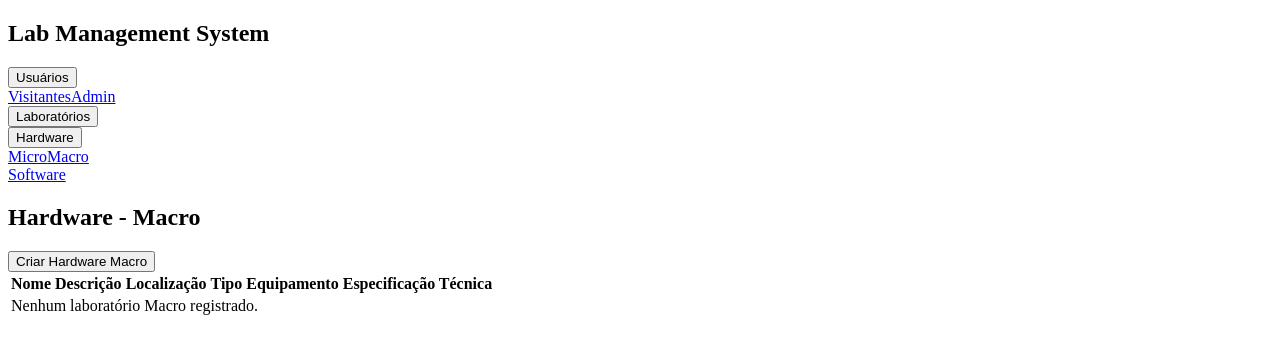
Repository: fabianosevla/gestao-labs
Page: /labs/hardware/macro (app in lab-management-system/)
An editor plug-in stored every save of this project. The page is shown before and after the next save, followed by the edit.
The browser window is 1280 px wide. The pictures show the whole page.
The project was rebuilt for these pictures with package versions that can differ from the ones it lists, and the page was loaded fresh each time. The framework's server and built-in components were replaced by stand-ins that run in the browser. Also part of the build but not shown: lab-management-system/next.config.mjs.

Above is the page before, as saved 2025-04-28 18:13:58.

### lab-management-system/app/layout.js
import Navbar from "../components/Navbar";

export default function RootLayout({ children }) {
  const showNavbar = !["/login"].includes(children.props.childPropSegment);

  return (
    <html lang="en">
      <body className="bg-gray-100 font-sans">
        {showNavbar && <Navbar />}
        <div className="max-w-7xl mx-auto py-8 px-4">{children}</div>
      </body>
    </html>
  );
}

### lab-management-system/app/labs/hardware/macro/page.js
"use client";

import { useState } from "react";

export default function Macro() {
    const [macroLabs, setMacroLabs] = useState([]);
    const [showForm, setShowForm] = useState(false);
    const [formData, setFormData] = useState({
        nome: "",
        descricao: "",
        localizacao: "",
        capacidade: "",
        equipamentos: "",
        tipoEquipamento: "",
        especificacaoTecnica: "",
    });

    const handleChange = (e) => {
        setFormData({ ...formData, [e.target.name]: e.target.value });
    };

    const handleSubmit = () => {
        setMacroLabs([...macroLabs, formData]);
        setShowForm(false);
        setFormData({
            nome: "",
            descricao: "",
            localizacao: "",
            capacidade: "",
            equipamentos: "",
            tipoEquipamento: "",
            especificacaoTecnica: "",
        });
    };

    return (
        <div>
            <div className="flex justify-between items-center mb-6">
                <h2 className="text-2xl font-semibold text-gray-800">Hardware - Macro</h2>
                <button
                    onClick={() => setShowForm(true)}
                    className="bg-blue-600 text-white px-4 py-2 rounded-lg hover:bg-blue-700 transition"
                >
                    Criar Hardware Macro
                </button>
            </div>

            {showForm ? (
                <div className="bg-white p-6 rounded-lg shadow-lg">
                    <h3 className="text-xl font-semibold mb-4">Criar Hardware Macro</h3>
                    <div className="grid grid-cols-2 gap-4">
                        <div>
                            <label className="block text-gray-700 text-sm font-semibold mb-2">Nome</label>
                            <input
                                type="text"
                                name="nome"
                                value={formData.nome}
                                onChange={handleChange}
                                className="w-full px-3 py-2 border rounded-lg focus:outline-none focus:ring-2 focus:ring-blue-500"
                            />
                        </div>
                        <div>
                            <label className="block text-gray-700 text-sm font-semibold mb-2">Descrição</label>
                            <input
                                type="text"
                                name="descricao"
                                value={formData.descricao}
                                onChange={handleChange}
                                className="w-full px-3 py-2 border rounded-lg focus:outline-none focus:ring-2 focus:ring-blue-500"
                            />
                        </div>
                        <div>
                            <label className="block text-gray-700 text-sm font-semibold mb-2">Localização</label>
                            <input
                                type="text"
                                name="localizacao"
                                value={formData.localizacao}
                                onChange={handleChange}
                                className="w-full px-3 py-2 border rounded-lg focus:outline-none focus:ring-2 focus:ring-blue-500"
                            />
                        </div>
                        <div>
                            <label className="block text-gray-700 text-sm font-semibold mb-2">Capacidade</label>
                            <input
                                type="number"
                                name="capacidade"
                                value={formData.capacidade}
                                onChange={handleChange}
                                className="w-full px-3 py-2 border rounded-lg focus:outline-none focus:ring-2 focus:ring-blue-500"
                            />
                        </div>
                        <div>
                            <label className="block text-gray-700 text-sm font-semibold mb-2">Equipamentos</label>
                            <input
                                type="text"
                                name="equipamentos"
                                value={formData.equipamentos}
                                onChange={handleChange}
                                className="w-full px-3 py-2 border rounded-lg focus:outline-none focus:ring-2 focus:ring-blue-500"
                            />
                        </div>
                        <div>
                            <label className="block text-gray-700 text-sm font-semibold mb-2">Tipo de Equipamento</label>
                            <input
                                type="text"
                                name="tipoEquipamento"
                                value={formData.tipoEquipamento}
                                onChange={handleChange}
                                className="w-full px-3 py-2 border rounded-lg focus:outline-none focus:ring-2 focus:ring-blue-500"
                            />
                        </div>
                        <div>
                            <label className="block text-gray-700 text-sm font-semibold mb-2">Especificação Técnica</label>
                            <input
                                type="text"
                                name="especificacaoTecnica"
                                value={formData.especificacaoTecnica}
                                onChange={handleChange}
                                className="w-full px-3 py-2 border rounded-lg focus:outline-none focus:ring-2 focus:ring-blue-500"
                            />
                        </div>
                    </div>
                    <div className="flex justify-end mt-6 space-x-4">
                        <button
                            onClick={() => setShowForm(false)}
                            className="bg-gray-300 text-gray-800 px-4 py-2 rounded-lg hover:bg-gray-400 transition"
                        >
                            Cancelar
                        </button>
                        <button
                            onClick={handleSubmit}
                            className="bg-blue-600 text-white px-4 py-2 rounded-lg hover:bg-blue-700 transition"
                        >
                            Salvar
                        </button>
                    </div>
                </div>
            ) : (
                <table className="w-full bg-white shadow-md rounded-lg overflow-hidden">
                    <thead className="bg-gray-200">
                        <tr>
                            <th className="px-4 py-2 text-left">Nome</th>
                            <th className="px-4 py-2 text-left">Descrição</th>
                            <th className="px-4 py-2 text-left">Localização</th>
                            <th className="px-4 py-2 text-left">Tipo Equipamento</th>
                            <th className="px-4 py-2 text-left">Especificação Técnica</th>
                        </tr>
                    </thead>
                    <tbody>
                        {macroLabs.length === 0 ? (
                            <tr>
                                <td colSpan="5" className="px-4 py-2 text-center text-gray-500">
                                    Nenhum laboratório Macro registrado.
                                </td>
                            </tr>
                        ) : (
                            macroLabs.map((lab, index) => (
                                <tr key={index} className="border-t">
                                    <td className="px-4 py-2">{lab.nome}</td>
                                    <td className="px-4 py-2">{lab.descricao}</td>
                                    <td className="px-4 py-2">{lab.localizacao}</td>
                                    <td className="px-4 py-2">{lab.tipoEquipamento}</td>
                                    <td className="px-4 py-2">{lab.especificacaoTecnica}</td>
                                </tr>
                            ))
                        )}
                    </tbody>
                </table>
            )}
        </div>
    );
}

### lab-management-system/components/Navbar.js
"use client";

import Link from "next/link";
import { usePathname } from "next/navigation";

export default function Navbar() {
    const pathname = usePathname();
    if (pathname === "/login") return null;

    return (
        <nav className="bg-blue-700 text-white shadow-md fixed top-0 left-0 w-full z-50">
            <div className="max-w-7xl mx-auto px-4 py-3 flex justify-between items-center">
                <h1 className="text-xl font-semibold tracking-wide">Lab Management System</h1>
                <div className="flex space-x-6">
                    {/* Usuários */}
                    <div className="relative group">
                        <button className="px-4 py-2 rounded-lg hover:bg-blue-800 transition duration-300 ease-in-out">
                            Usuários
                        </button>
                        <div className="absolute left-0 mt-1 w-40 bg-white text-gray-800 rounded-lg shadow-xl opacity-0 group-hover:opacity-100 group-hover:translate-y-0 transform -translate-y-2 transition-all duration-300 ease-in-out z-10">
                            <Link href="/users/visitors" className="block px-4 py-2 hover:bg-blue-50 rounded-t-lg">Visitantes</Link>
                            <Link href="/users/admins" className="block px-4 py-2 hover:bg-blue-50 rounded-b-lg">Admin</Link>
                        </div>
                    </div>

                    {/* Laboratórios */}
                    <div className="relative group">
                        <button className="px-4 py-2 rounded-lg hover:bg-blue-800 transition duration-300 ease-in-out">
                            Laboratórios
                        </button>
                        <div className="absolute left-0 mt-1 w-40 bg-white text-gray-800 rounded-lg shadow-xl opacity-0 group-hover:opacity-100 group-hover:translate-y-0 transform -translate-y-2 transition-all duration-300 ease-in-out z-10">
                            <div className="relative group/sub">
                                <button className="block px-4 py-2 hover:bg-blue-50 w-full text-left">
                                    Hardware
                                </button>
                                <div className="absolute left-40 top-0 w-40 bg-white text-gray-800 rounded-lg shadow-xl opacity-0 group-hover/sub:opacity-100 group-hover/sub:translate-x-0 transform -translate-x-2 transition-all duration-300 ease-in-out z-10">
                                    <Link href="/labs/hardware/micro" className="block px-4 py-2 hover:bg-blue-50 rounded-t-lg">Micro</Link>
                                    <Link href="/labs/hardware/macro" className="block px-4 py-2 hover:bg-blue-50 rounded-b-lg">Macro</Link>
                                </div>
                            </div>
                            <Link href="/labs/software" className="block px-4 py-2 hover:bg-blue-50 rounded-b-lg">Software</Link>
                        </div>
                    </div>
                </div>
            </div>
        </nav>
    );
}

After the next save:
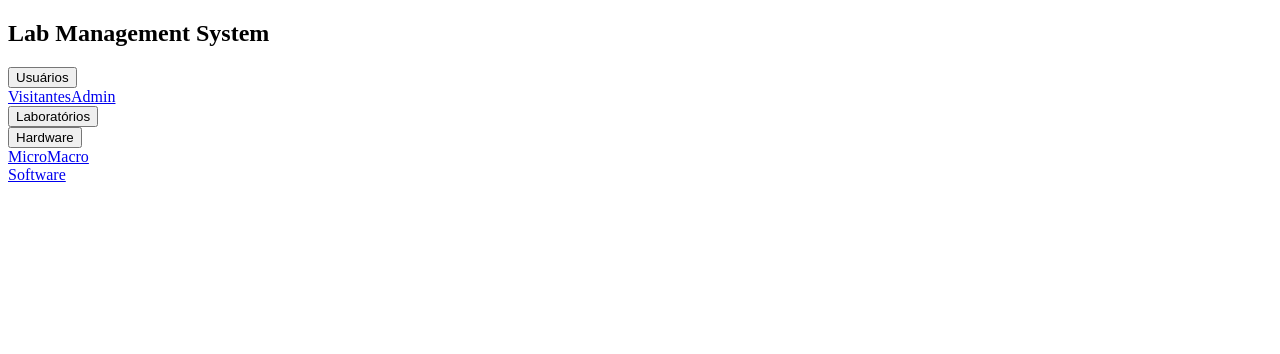
Saved 19 s later.
--- a/lab-management-system/app/layout.js
+++ b/lab-management-system/app/layout.js
@@ -1,14 +1,48 @@
-import Navbar from "../components/Navbar";
+"use client";
 
-export default function RootLayout({ children }) {
-  const showNavbar = !["/login"].includes(children.props.childPropSegment);
+import Link from "next/link";
+import { usePathname } from "next/navigation";
+
+export default function Navbar() {
+  const pathname = usePathname();
+  if (pathname === "/login") return null;
 
   return (
-    <html lang="en">
-      <body className="bg-gray-100 font-sans">
-        {showNavbar && <Navbar />}
-        <div className="max-w-7xl mx-auto py-8 px-4">{children}</div>
-      </body>
-    </html>
+    <nav className="bg-blue-700 text-white shadow-md fixed top-0 left-0 w-full z-50">
+      <div className="max-w-7xl mx-auto px-4 py-3 flex justify-between items-center">
+        <h1 className="text-xl font-semibold tracking-wide">Lab Management System</h1>
+        <div className="flex space-x-6">
+          {/* Usuários */}
+          <div className="relative group">
+            <button className="px-4 py-2 rounded-lg hover:bg-blue-800 transition duration-300 ease-in-out">
+              Usuários
+            </button>
+            <div className="absolute left-0 mt-1 w-40 bg-white text-gray-800 rounded-lg shadow-xl opacity-0 group-hover:opacity-100 group-hover:translate-y-0 transform -translate-y-2 transition-all duration-300 ease-in-out z-10">
+              <Link href="/users/visitors" className="block px-4 py-2 hover:bg-blue-50 rounded-t-lg">Visitantes</Link>
+              <Link href="/users/admins" className="block px-4 py-2 hover:bg-blue-50 rounded-b-lg">Admin</Link>
+            </div>
+          </div>
+
+          {/* Laboratórios */}
+          <div className="relative group">
+            <button className="px-4 py-2 rounded-lg hover:bg-blue-800 transition duration-300 ease-in-out">
+              Laboratórios
+            </button>
+            <div className="absolute left-0 mt-1 w-40 bg-white text-gray-800 rounded-lg shadow-xl opacity-0 group-hover:opacity-100 group-hover:translate-y-0 transform -translate-y-2 transition-all duration-300 ease-in-out z-10">
+              <div className="relative group/sub">
+                <button className="block px-4 py-2 hover:bg-blue-50 w-full text-left">
+                  Hardware
+                </button>
+                <div className="absolute left-40 top-0 w-40 bg-white text-gray-800 rounded-lg shadow-xl opacity-0 group-hover/sub:opacity-100 group-hover/sub:translate-x-0 transform -translate-x-2 transition-all duration-300 ease-in-out z-10">
+                  <Link href="/labs/hardware/micro" className="block px-4 py-2 hover:bg-blue-50 rounded-t-lg">Micro</Link>
+                  <Link href="/labs/hardware/macro" className="block px-4 py-2 hover:bg-blue-50 rounded-b-lg">Macro</Link>
+                </div>
+              </div>
+              <Link href="/labs/software" className="block px-4 py-2 hover:bg-blue-50 rounded-b-lg">Software</Link>
+            </div>
+          </div>
+        </div>
+      </div>
+    </nav>
   );
 }
